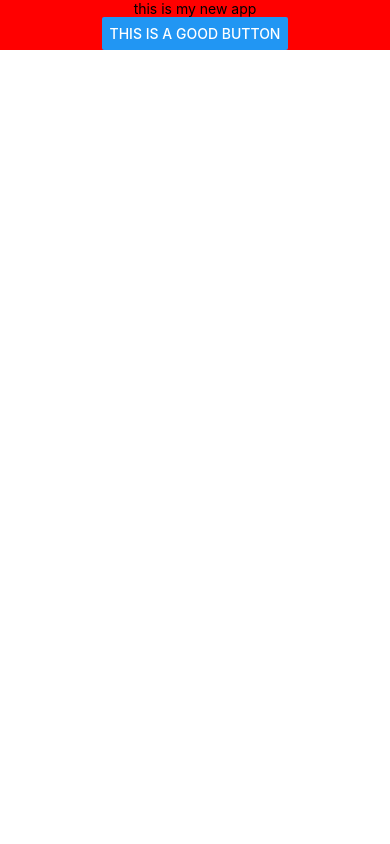
Repository: 2000-Nanayaw/MobileApp
Screen: /
The author's editor kept a copy of each file at every save. The screen is drawn from the files as they stood at one save, then again after the next save.
The app was drawn by React Native's web renderer in a window 390 px wide. The project was rebuilt for these pictures with package versions that can differ from the ones it lists, and the page was loaded fresh each time.

Above is the screen before, as saved 2023-08-25 20:12:23.

### App.js
// import { StatusBar } from "expo-status-bar";
// import { Button, StyleSheet, Text, View, TextInput } from "react-native";

// function App() {
//   return (
//     <View style={styles.container}>
//       <View style={styles.container}>
//         <Text style={styles.color1}>SKY community school</Text>
//         <Button title="THIS IS MY NEW APP" />
//       </View>
//       <StatusBar style="auto" />
//     </View>
//   );
// }
// const styles = StyleSheet.create({
//   container: {
//     flex: 1,
//     backgroundColor: "steelblue",
//     alignItems: "center",
//     justifyContent: "center",
//   },
//   color1: {
//     color: "yellow",
//     backgroundColor: "red"
//   },
// });

// export default App;

import { StatusBar } from "expo-status-bar";
import { Button, Text, TextInput, View, StyleSheet } from "react-native";

function jsar() {
  return (
    <View>
      <View style={style.container}>
        <Text >this is my new app</Text>
        <Button title="this is a good button" />
      </View>
      <StatusBar style="auto" />
    </View>
  );
}
const style = StyleSheet.create({
container: {
  flex: 1,
  backgroundColor: "red",
  color: "white",
  alignItems: "center",
  justifyContent: "center",
}
})
export default jsar;

After the next save:
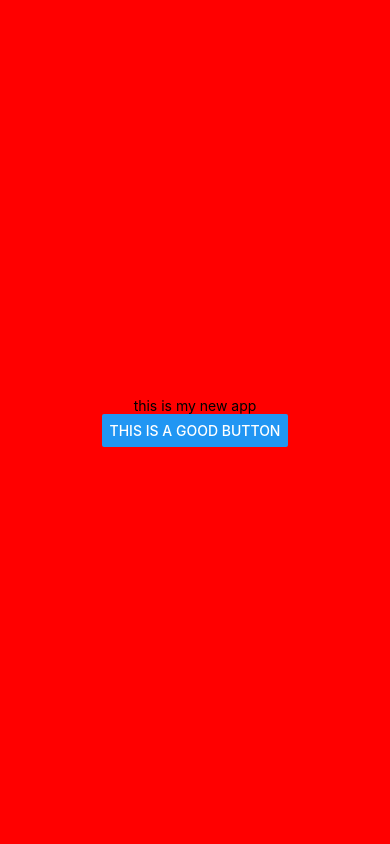
Saved 22 s later.
--- a/App.js
+++ b/App.js
@@ -32,7 +32,7 @@ import { Button, Text, TextInput, View, StyleSheet } from "react-native";
 
 function jsar() {
   return (
-    <View>
+    <View style={style.container}>
       <View style={style.container}>
         <Text >this is my new app</Text>
         <Button title="this is a good button" />
